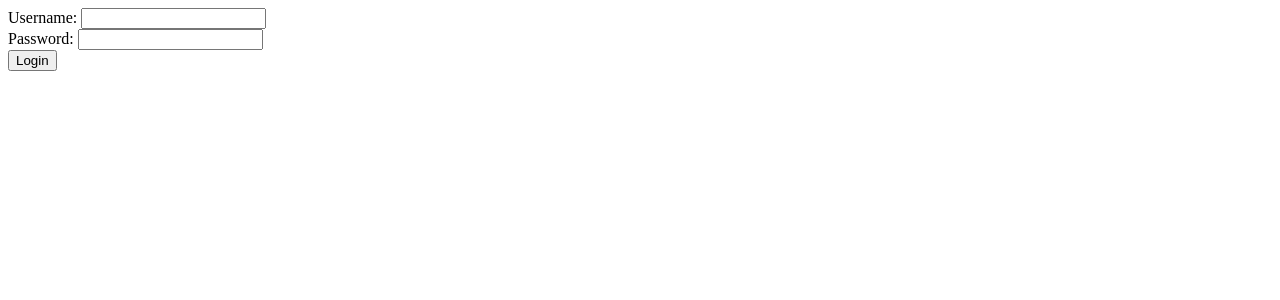
Repository: hati2002/Advance-JAva
Page: Form/src/main/webapp/index.html
The author's editor kept a copy of each file at every save. The page is drawn from the files as they stood at one save, then again after the next save.
The browser window is 1280 px wide. The pictures show the whole page.

Above is the page before, as saved 2022-12-26 11:51:17.

### Form/src/main/webapp/index.html
<!DOCTYPE html>
<html>
<head>
<meta charset="ISO-8859-1">
<title>Insert title here</title>
</head>
<body>
<form name="loginForm" method="post" action="Loginform">
    Username: <input type="text" name="username"/> <br/>
    Password: <input type="password" name="password"/> <br/>
    <input type="submit" value="Login" />
</form>
</body>
</html>

After the next save:
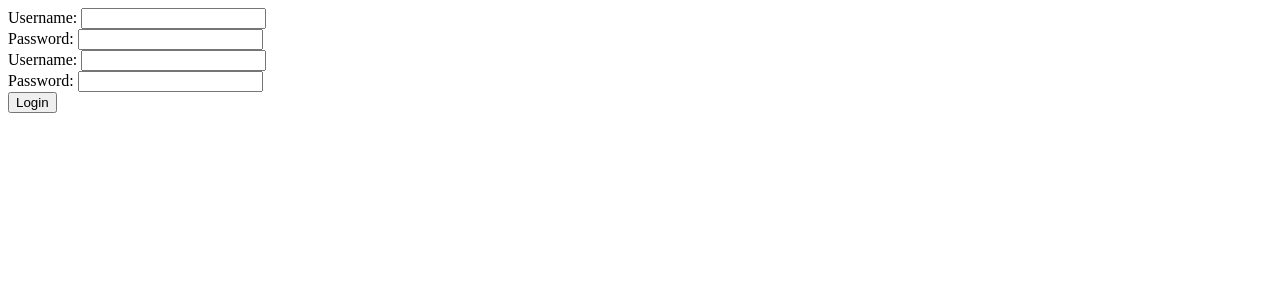
Saved 2 min 13 s later.
--- a/Form/src/main/webapp/index.html
+++ b/Form/src/main/webapp/index.html
@@ -8,6 +8,8 @@
 <form name="loginForm" method="post" action="Loginform">
     Username: <input type="text" name="username"/> <br/>
     Password: <input type="password" name="password"/> <br/>
+    Username: <input type="text" name="username"/> <br>
+    Password: <input type="password" name="password"/> <br>
     <input type="submit" value="Login" />
 </form>
 </body>
